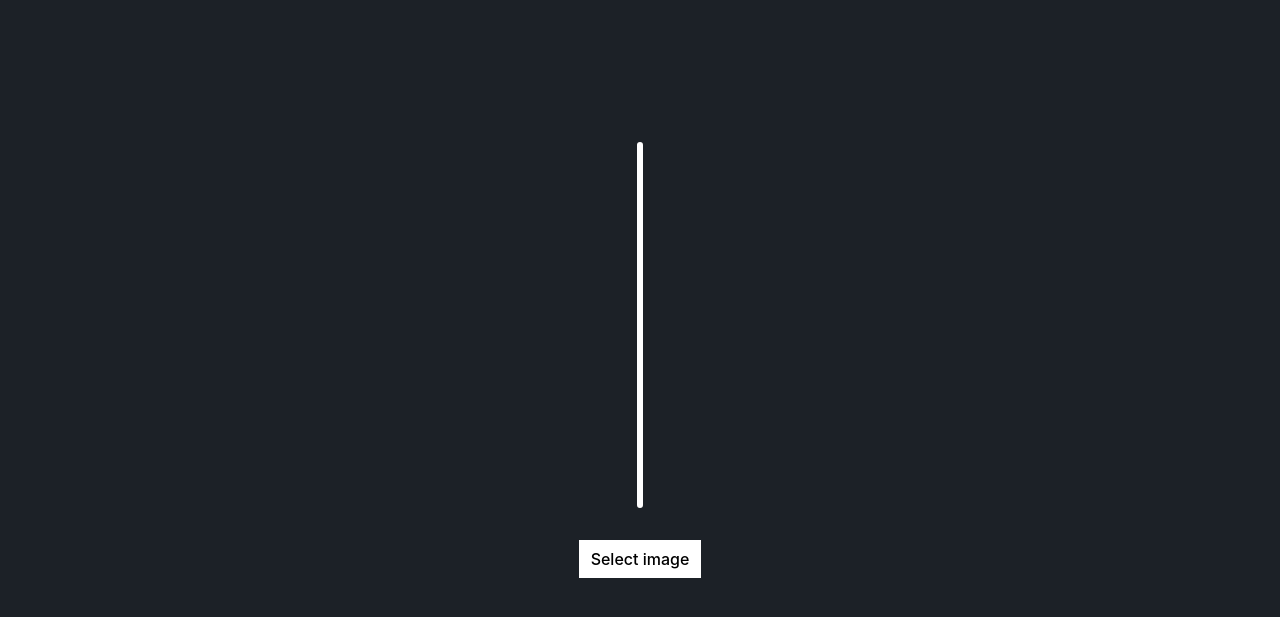
Repository: StephaneCash/Reconnaissance_Immatriculation_Plate
Page: /
An editor plug-in stored every save of this project. The page is shown before and after the next save, followed by the edit.
The browser window is 1280 px wide. The pictures show the whole page.
The project was rebuilt for these pictures with package versions that can differ from the ones it lists, and the page was loaded fresh each time.

Above is the page before, as saved 2021-11-22 01:13:25.

After the next save:
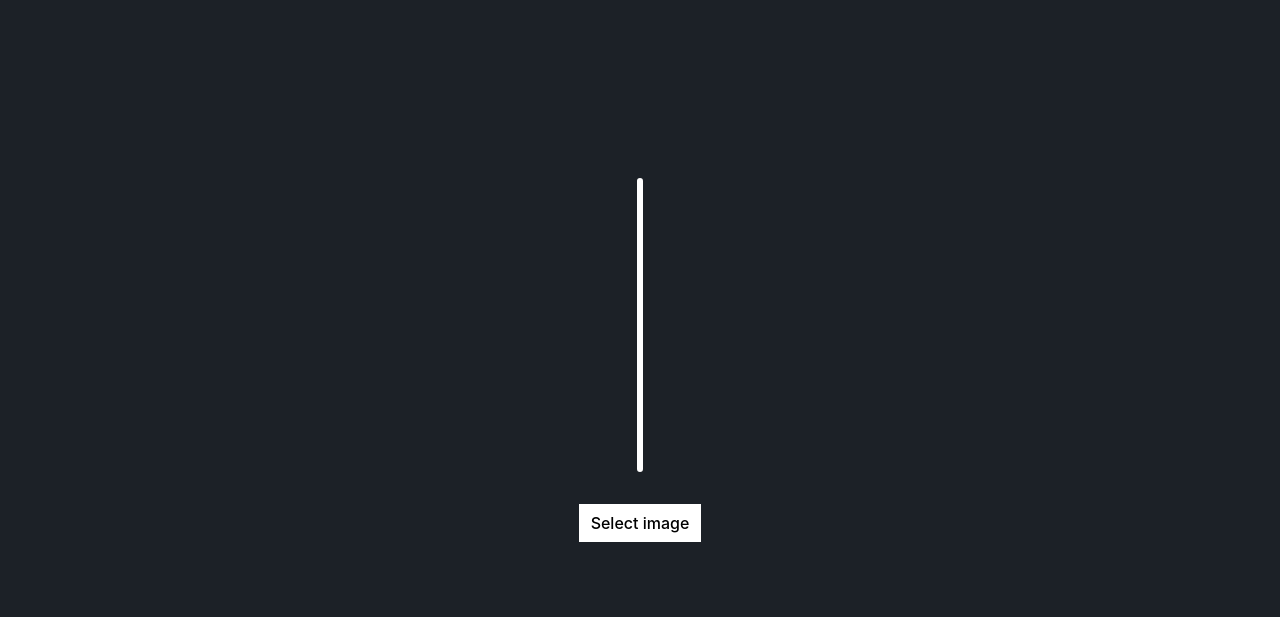
Saved 19 s later.
--- a/src/App.css
+++ b/src/App.css
@@ -30,7 +30,7 @@
 
 .objdetect {
   width: auto;
-  height: 50vh;
+  height: 40vh;
   border: 3px solid #fff;
   border-radius: 5px;
   display: flex;
